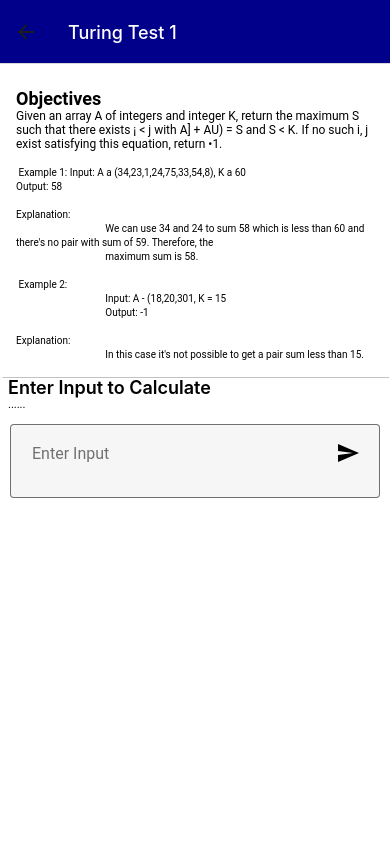
Repository: seyicoded/rn-crazy-algorithm-app
Screen: /TuringTest1
An editor plug-in stored every save of this project. The screen is shown before and after the next save, followed by the edit.
The app was drawn by React Native's web renderer in a window 390 px wide. The project was rebuilt for these pictures with package versions that can differ from the ones it lists, and the page was loaded fresh each time. Also part of the build but not shown: src/screens/sort.js, src/screens/filter.js, src/screens/advance.js, src/screens/sorts/Sort_simple_number.js, src/screens/sorts/Sort_alphabet.js, src/screens/filters/Filter_simple_number.js, src/screens/advance/Advance_number.js, src/screens/advance/Multiplier_number.js.

Above is the screen before, as saved 2022-04-01 23:24:03.

### App.js
import 'react-native-gesture-handler';
import { StatusBar } from 'expo-status-bar';
import { StyleSheet, Text, View } from 'react-native';
import Main from './src/main'
export default function App() {
  return (
    <View style={styles.container}>
      <Main />
      <StatusBar style="auto" />
    </View>
  );
}

const styles = StyleSheet.create({
  container: {
    flex: 1,
    backgroundColor: '#fff',
  },
});

### src/main.js
import { View, Text } from 'react-native'
import React from 'react'
import {NavigationContainer} from '@react-navigation/native'
import {createStackNavigator} from '@react-navigation/stack'
import Home from './screens/index'
import Sort from './screens/sort'
import Filter from './screens/filter'
import Advance from './screens/advance'
import Sort_simple_number from './screens/sorts/Sort_simple_number'
import Sort_alphabet from './screens/sorts/Sort_alphabet'
import Filter_simple_number from './screens/filters/Filter_simple_number'
import Advance_number from './screens/advance/Advance_number'
import Multiplier_number from './screens/advance/Multiplier_number'
import TuringTest1 from './screens/advance/TuringTest1'

const StackNav = createStackNavigator()

export default function Main() {
  return (
    <NavigationContainer>
        <StackNav.Navigator>
            <StackNav.Screen name="Home" options={{headerMode: 'none'}} component={Home} />
            <StackNav.Screen name="Filter" options={{headerMode: 'none'}} component={Filter} />
            <StackNav.Screen name="Sort" options={{headerMode: 'none'}} component={Sort} />
            <StackNav.Screen name="Advance" options={{headerMode: 'none'}} component={Advance} />

            {/* sort aspect */}
            <StackNav.Screen name="Sort_simple_number" options={{title: 'Number Sort', headerStyle: {backgroundColor: 'darkblue', color: 'white'}, headerTitleStyle: {color: 'white'}}} component={Sort_simple_number} />
            <StackNav.Screen name="Sort_alphabet" options={{title: 'Alphabet Sort', headerStyle: {backgroundColor: 'darkblue', color: 'white'}, headerTitleStyle: {color: 'white'}}} component={Sort_alphabet} />

            {/* filter aspect */}
            <StackNav.Screen name="Filter_simple_number" options={{title: 'Number Filter', headerStyle: {backgroundColor: 'darkblue', color: 'white'}, headerTitleStyle: {color: 'white'}}} component={Filter_simple_number} />
            <StackNav.Screen name="Advance_number" options={{title: 'Advance Number Section', headerStyle: {backgroundColor: 'darkblue', color: 'white'}, headerTitleStyle: {color: 'white'}}} component={Advance_number} />
            <StackNav.Screen name="Multiplier_number" options={{title: 'Multiplier Number Section', headerStyle: {backgroundColor: 'darkblue', color: 'white'}, headerTitleStyle: {color: 'white'}}} component={Multiplier_number} />
            <StackNav.Screen name="TuringTest1" options={{title: 'Turing Test 1', headerStyle: {backgroundColor: 'darkblue', color: 'white'}, headerTitleStyle: {color: 'white'}}} component={TuringTest1} />
        </StackNav.Navigator>
    </NavigationContainer>
  )
}

### src/screens/index.js
import { View, Text, StyleSheet, FlatList, TouchableOpacity } from 'react-native'
import React, {useState, useEffect, useRef} from 'react'
import Header from '../layout/header'
import { List, Avatar, Card, Title, Paragraph, Button } from 'react-native-paper';

const data = [
    {
        id: 'Sort',
        image: 'https://picsum.photos/700',
        title: 'Sort',
    },
    {
        id: 'Filter',
        image: 'https://picsum.photos/700',
        title: 'Filter',
    },
    {
        id: 'Advance',
        image: 'https://picsum.photos/700',
        title: 'Advance',
    },
]

export default function Index({route, navigation}) {
    const [color, setColor] = useState('darkblue');
    var timer = null;
    var ColorChanger = useRef('darkblue');


    useEffect(()=>{
        timer = setInterval(()=>{
            // console.log('.')
            ColorChanger.current = (ColorChanger.current == 'darkblue') ? 'darkred' : 'darkblue';
            setColor(ColorChanger.current);
        }, 1000);
        return ()=>{
            clearInterval(timer);
        }
    }, [])

    const styles = StyleSheet.create({
        container: {
          flex: 1,
          width: '100%',
          backgroundColor: '#fff',
        },
        header: {
            fontSize: 16,
            textAlign: 'center',
            marginTop: 20,
            marginBottom: 20,
            color: color,
            fontWeight: '700',
        },
        list: {
            width: '100%',
        },
        card: {
            // backgroundColor: 'red',
            margin: 20,
            shadowColor: '#000',
            shadowOffset: { width: 0, height: 2 },
            shadowOpacity: 0.8,
            elevation: 4
        }
    });

    return (
        <View style={styles.container}>
            <Header title="Home" visible={false} navigation={navigation} />
            <Text style={styles.header}>Let's Prep Shall We</Text>

            <FlatList
                data={data}
                style={styles.list}
                renderItem={({ item }) => {
                    return (
                        <TouchableOpacity onPress={() => navigation.navigate(item.id, {title: item.title})}>
                            <Card style={styles.card}>
                                <Card.Cover source={{ uri: item.image }} />
                                {/* <Card.Actions style={{justifyContent: 'center'}}>
                                    <Button onPress={()=>navigation.navigate(item.id)}>{item.title}</Button>

                                </Card.Actions> */}

                                <Card.Content style={{justifyContent: 'center'}}>
                                    <Title style={{textAlign: 'center', marginTop:12, color: 'darkblue'}}>{item.title}</Title>
                                </Card.Content>
                            </Card>
                        </TouchableOpacity>
                    )
                }}
                numColumns={1}
            />

            {/* <Card>
                <Card.Cover source={{ uri: 'https://picsum.photos/700' }} />

                <Card.Content>
                    <Title>Card title</Title>
                </Card.Content>
            </Card> */}

        </View>
    )
}

### src/screens/advance/TuringTest1.js
import { StyleSheet, Text, View, TouchableOpacity, Pressable, Keyboard, ScrollView } from 'react-native'
import React from 'react'
import { Banner, RadioButton, TextInput } from 'react-native-paper';
import {Ionicons} from '@expo/vector-icons'

export default function TuringTest1() {
    const [value, setValue] = React.useState('ascending');
    const [byWhat, setbyWhat] = React.useState('letter');
    const [unsortedVal, setunsortedVal] = React.useState('');
    const [sortedVal, setsortedVal] = React.useState('');
    const [calDone, setcalDone] = React.useState([]);

    // console.log(calDone)

    const calculate = (numbers, counts) => {
        var number = unsortedVal;
        var count = 0;
        var calRecord = [];
        // check if length is one
        // if(number.length <= 1){
        //     setsortedVal(`final number is: ${number}, number of calculation: ${count}`);
        //     return ;
        // }

        // const num_array = (number).toString().split('');
        // var new_num = 1;
        // for (let i = 0; i < num_array.length; i++) {
        //     const element = parseInt(num_array[i]);
        //     new_num *= element;
        // }

        // count++;
        // console.log(new_num)
        do{
            if(number.toString().length <= 1){
                setsortedVal(`final number is: ${number}, number of calculation: ${count}`);
                setcalDone(calRecord);
                return ;
            }

            console.log(number.toString())

            var num_array = (number).toString().split('');
            var calRecordIndexer = num_array.join(' x ');
            var new_num = 1;
            for (let i = 0; i < num_array.length; i++) {
                const element = parseInt(num_array[i]);
                new_num *= element;
            }

            calRecordIndexer = calRecordIndexer + ' = ' + new_num;
            calRecord[count] = calRecordIndexer;
            count++;
            number = new_num;
            if(number.toString().length <= 1){
                setsortedVal(`final number is: ${number}, number of calculation: ${count}`);
                setcalDone(calRecord);
                return ;
            }

        }while((number).toString().length > 1)
        // return calculate(new_num, count);
    }

  return (
      <Pressable onPress={()=>{Keyboard.dismiss()}} style={{flex: 1,}}>
        <ScrollView style={styles.container}>
            <Banner
                visible={true}
                actions={[
                ]}
                >
                    <View>
                        <Text style={{fontWeight: '600', fontSize: 18}}>Objectives</Text>
                        <Text />
                        <Text style={{fontSize: 12}}>
                            {`Given an array A of integers and integer K, return the maximum S such that there exists ¡ < j with A] + AU) = S and S < K. If no such i, j exist satisfying this equation, return •1.`}

                            <Text style={{fontSize: 10}}>
                                {`\n \n Example 1: Input: A a (34,23,1,24,75,33,54,8), K a 60 \nOutput: 58
                                    \nExplanation:
                                    We can use 34 and 24 to sum 58 which is less than 60 and there's no pair with sum of 59. Therefore, the
                                    maximum sum is 58.
                                    \n Example 2:
                                    Input: A - (18,20,301, K = 15
                                    Output: -1
                                    \nExplanation:
                                    In this case it's not possible to get a pair sum less than 15.`}
                            </Text>
                        </Text>
                    </View>
            </Banner>

            <Text />

            <Text style={styles.title_element}>Enter Input to Calculate</Text>
            <Text style={{fontSize: 10, marginLeft: 8}}>......</Text>

            <TextInput
                label='Enter Input'
                mode='outlined'
                style={styles.input}
                value={unsortedVal}
                multiline={true}
                keyboardType='numeric'
                right={<TextInput.Icon forceTextInputFocus={false} onPress={()=>calculate(unsortedVal, 0)} style={{zIndex: 999}} name="send" />}
                onChangeText={text => setunsortedVal(text)}
            />

            <Text />

            {
                sortedVal.length > 0 ?
                <View>
                    <Text style={[styles.title_element, {marginTop: 14}]}>Solved Output</Text>
                    <Text style={styles.sorted_output}>
                        {sortedVal}
                    </Text>

                    <Text/>
                    <Text style={{marginLeft: 10}}>Belows are the calculation done:</Text>
                    <View style={{alignItems: 'center',}}>
                        {
                            calDone.map((item, index) => {
                                return <Text style={{fontSize: 23, marginTop: 3}}>{item}</Text>
                            })
                        }
                    </View>

                </View>
                :<></>
            }
        </ScrollView>
    </Pressable>
  )
}

const styles = StyleSheet.create({
    container: {
        flex: 1,
        backgroundColor: '#fff',
    },
    title_element: {
        fontWeight: '600',
        fontSize: 18,
        paddingLeft: 8
    },
    radio: {
        flexDirection: 'row',
        justifyContent: 'space-between',
        alignItems: 'center',
        marginHorizontal: 10,
        backgroundColor: 'rgba(0, 0, 0, 0.05)',
        paddingHorizontal: 8,
    },
    input: {
        marginHorizontal: 10,
        marginVertical: 8,
        // backgroundColor: 'rgba(0, 0, 0, 0.05)',
        paddingHorizontal: 8,
        zIndex: 99
    },
    sorted_output: {
        margin: 20,
        backgroundColor: 'rgba(0, 0, 0, 0.05)',
        padding: 10,
        fontSize: 18,
    }
})

### src/layout/header.js
import { View, Text } from 'react-native'
import React, {useState, useEffect} from 'react'
import { Appbar } from 'react-native-paper';

export default function Header({title, visible, navigation}) {
    // const [visible, setVisible] = useState(false);

    if(visible){
        return (
            <Appbar.Header style={{backgroundColor: 'darkblue'}}>
                {
                    (visible) ?
                    <Appbar.BackAction onPress={()=>navigation.goBack()} />
                    :<></>
                }
                <Appbar.Content title={title} />
            </Appbar.Header>
          )
    }else{
        return (
            <Appbar.Header style={{backgroundColor: 'darkblue'}}>
                <Appbar.Content title={title} />
            </Appbar.Header>
          )
    }

}

After the next save:
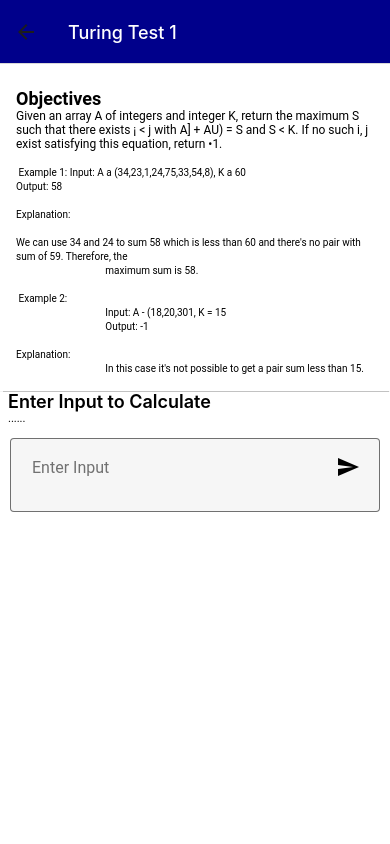
Saved 15 s later.
--- a/src/screens/advance/TuringTest1.js
+++ b/src/screens/advance/TuringTest1.js
@@ -79,7 +79,7 @@ export default function TuringTest1() {
                             <Text style={{fontSize: 10}}>
                                 {`\n \n Example 1: Input: A a (34,23,1,24,75,33,54,8), K a 60 \nOutput: 58
                                     \nExplanation:
-                                    We can use 34 and 24 to sum 58 which is less than 60 and there's no pair with sum of 59. Therefore, the
+                                    \nWe can use 34 and 24 to sum 58 which is less than 60 and there's no pair with sum of 59. Therefore, the
                                     maximum sum is 58.
                                     \n Example 2:
                                     Input: A - (18,20,301, K = 15
